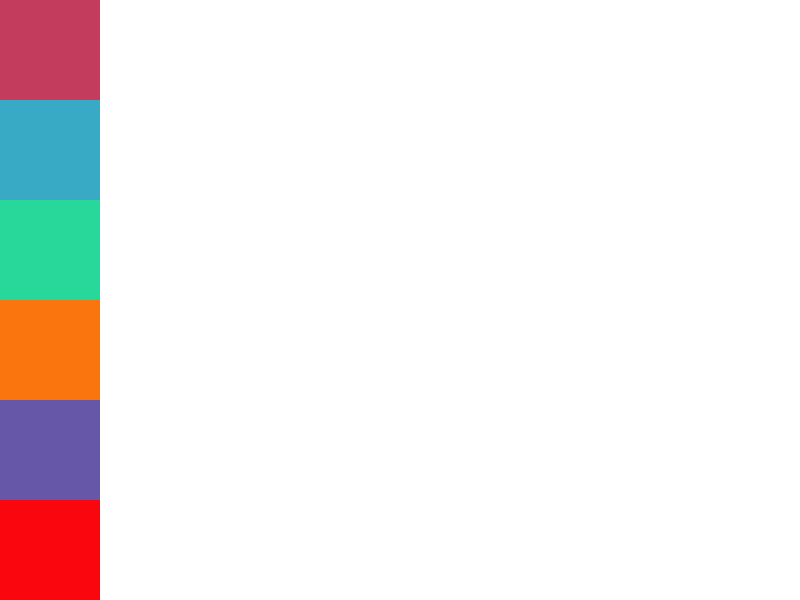
Repository: YurgPatussi/Learning-JAVA-
Program's window: java eclipse-workspace/exercicios-javafx/src/layout/AppLayout.java
These files come from the project's save history. The program's window is drawn as it stood at one moment and after a run of saves; the edit follows.
It runs on Java 21 on a 1366 x 768 screen with JavaFX 11; the title bar is not drawn.

Above is the program's window before, as saved 2022-03-28 01:25:50.

### eclipse-workspace/exercicios-javafx/src/layout/AppLayout.java
package layout;

import javafx.application.Application;
import javafx.scene.Scene;
import javafx.scene.layout.VBox;
import javafx.stage.Stage;

public class AppLayout extends Application{

	@Override
	public void start(Stage primaryStage) throws Exception {

	VBox temp = new VBox();

	temp.getChildren().add(new Quadrado ());
	temp.getChildren().add(new Quadrado ());
	temp.getChildren().add(new Quadrado ());
	temp.getChildren().add(new Quadrado ());
	temp.getChildren().add(new Quadrado ());
	temp.getChildren().add(new Quadrado ());
	temp.getChildren().add(new Quadrado ());

	Scene principal = new Scene(temp, 800,600);

	primaryStage.setScene(principal);
	primaryStage.setTitle("Gerenciadores de Layout!");
	primaryStage.show();
	}

	public static void main(String[] args) {
	launch(args);
	}

}

### eclipse-workspace/exercicios-javafx/src/layout/Quadrado.java
package layout;

import javafx.scene.paint.Color;
import javafx.scene.shape.Rectangle;

public class Quadrado extends Rectangle {
	private static int i = 0;
	private String[] cores = {"#c33c5e", "#39aac6", "#28d79a", "#fb750e", "#6657a8", "#f9060e"

	};

	public Quadrado() {
		this(100, 100);
	}

	public Quadrado(int largura, int altura) {
		setWidth(largura);
		setHeight(altura);

		setFill(Color.web(cores[i]));


		i++;
		if (i == 6) i =0;
	}

}

### eclipse-workspace/exercicios-javafx/src/layout/TesteAnchorPane.java
package layout;

import javafx.geometry.Pos;
import javafx.scene.layout.AnchorPane;
import javafx.scene.layout.HBox;

public class TesteAnchorPane extends AnchorPane {

	public TesteAnchorPane () {

		Quadrado q1 = new Quadrado();
		setTopAnchor(q1,10.0);
		setLeftAnchor(q1,10.0);

		Quadrado q2 = new Quadrado();
		setTopAnchor(q2,10.0);
		setRightAnchor(q2,10.0);
		Quadrado q3 = new Quadrado();
		setBottomAnchor(q3,10.0);
		setLeftAnchor(q3,10.0);
		Quadrado q4 = new Quadrado();
		setBottomAnchor(q4,10.0);
		setRightAnchor(q4,10.0);

		HBox centro = new HBox();
		centro.setAlignment(Pos.CENTER);
		setTopAnchor(centro, 110.0);
		setBottomAnchor(centro, 110.0);
		setLeftAnchor(centro, 110.0);
		setRightAnchor(centro, 110.0);
		Quadrado q5 = new Quadrado();
		centro.getChildren().add(q5);




		getChildren().addAll(q1,q2,q3,q4, centro);
}}

After the next 2 saves:
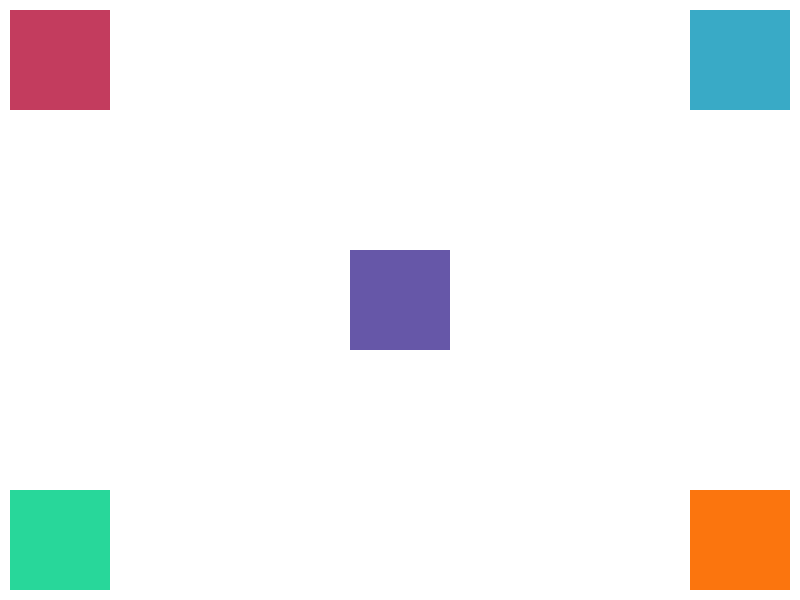
The 2 saves are shown as one change because 1 did not build or start.
The last was saved 2 days later.
--- a/eclipse-workspace/exercicios-javafx/src/layout/AppLayout.java
+++ b/eclipse-workspace/exercicios-javafx/src/layout/AppLayout.java
@@ -2,7 +2,6 @@
 
 import javafx.application.Application;
 import javafx.scene.Scene;
-import javafx.scene.layout.VBox;
 import javafx.stage.Stage;
 
 public class AppLayout extends Application{
@@ -10,19 +9,12 @@
 	@Override
 	public void start(Stage primaryStage) throws Exception {
 
-	VBox temp = new VBox();
 
-	temp.getChildren().add(new Quadrado ());
-	temp.getChildren().add(new Quadrado ());
-	temp.getChildren().add(new Quadrado ());
-	temp.getChildren().add(new Quadrado ());
-	temp.getChildren().add(new Quadrado ());
-	temp.getChildren().add(new Quadrado ());
-	temp.getChildren().add(new Quadrado ());
+	Scene principal = new Scene (new TesteAnchorPane(), 800, 600);
 
-	Scene principal = new Scene(temp, 800,600);
 
 	primaryStage.setScene(principal);
+
 	primaryStage.setTitle("Gerenciadores de Layout!");
 	primaryStage.show();
 	}
